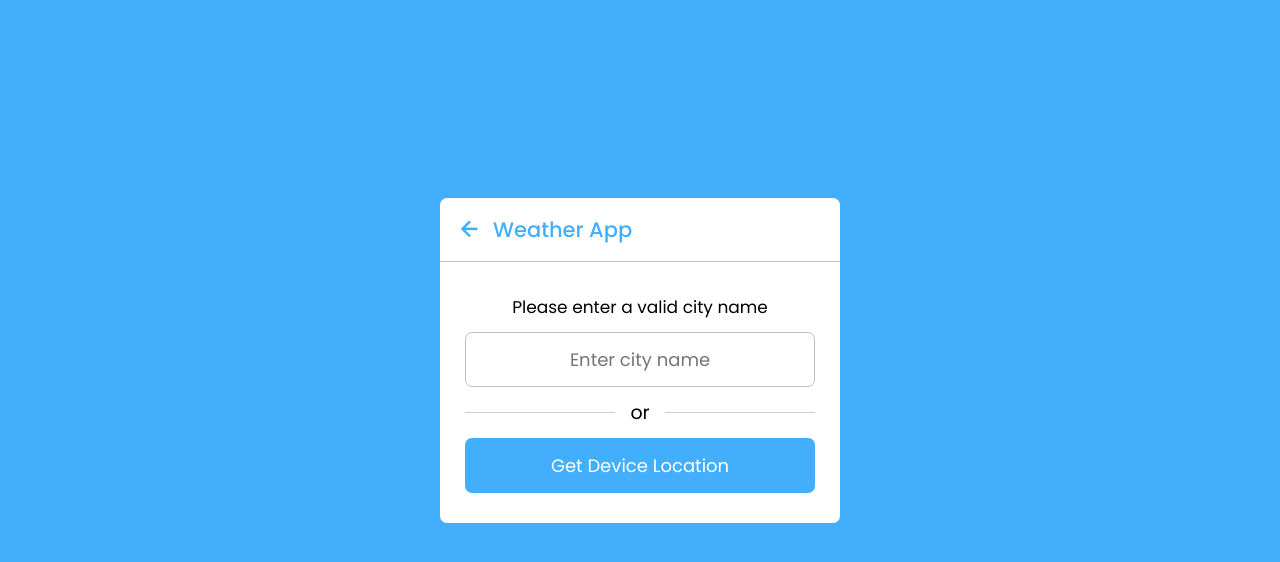
Repository: long13820/Weather-App-HTML-CSS-Javascript
Page: index.html
These files come from the project's save history. The page is drawn as it stood at one moment and after a run of saves; the edit follows.
The browser window is 1280 px wide. The pictures show the whole page.

Above is the page before, as saved 2021-09-02 01:11:04.

### index.html
<!DOCTYPE html>
<html lang="en">
<head>
    <meta charset="UTF-8">
    <meta http-equiv="X-UA-Compatible" content="IE=edge">
    <meta name="viewport" content="width=device-width, initial-scale=1.0">
    <title>Weather App</title>
    <link rel="stylesheet" href="style.css">

    <!--Linking Boxicon For Icon-->
    <link rel="stylesheet" href='https://unpkg.com/boxicons@2.0.9/css/boxicons.min.css' >


</head>
<body>
    <div class="wrapper">
        <header>
            <i class="bx bx-left-arrow-alt"></i>
            Weather App
        </header>
        <section class="input-part">
            <p class="info-txt">Please enter a valid city name</p>
            <input type="text" placeholder="Enter city name" spellcheck="false">
            <div class="separator"></div>
            <button>Get Device Location</button>
        </section>
    </div>
</body>
</html>

### style.css
/*Import Google Font - Poppins*/
@import url('https://fonts.googleapis.com/css2?family=Poppins:wght@400;500;600;700&display=swap');
*{
    margin: 0;
    padding: 0;
    box-sizing: border-box;
    font-family: 'Poppins', sans-serif;
}
body{
    display: flex;
    align-items: center;
    justify-content: center;
    min-height: 100vh;
    background: #43AFFC;
}
.wrapper{
    width: 400px;
    border-radius: 7px;
    background: white;
}
.wrapper header{
    color: #43AFFC;
    font-size: 21px;
    font-weight: 500;
    padding: 16px 15px;
    display: flex;
    align-items: center;
    border-bottom: 1px solid #bfbfbf;

}
header i{
    cursor: pointer;
    font-size: 30px;
    margin-right: 8px;
}
.wrapper .input-part{
    margin: 20px 25px 30px;
}
.input-part .info-txt{
    font-size: 17px;
    text-align: center;
    padding: 12px 7px;
    border-radius: 7px;
}

.input-part :where(input, button){
    width: 100%;
    height: 55px;
    border: none;
    outline: none;
    font-size: 18px;
    border-radius: 7px;
}
.input-part input{
    text-align: center;
    border: 1px solid #bfbfbf;
}
.input-part .separator{
    height: 1px;
    width: 100%;
    margin: 25px 0px;
    background: #ccc;
    display: flex;
    align-items: center;
    justify-content: center;
}
.separator::before{
    content: "or";
    background-color: white;
    font-size: 19px;
    padding: 0px 15px;
    background: #fff;
}
.input-part button{
    color: white;
    cursor: pointer;
    background: #43AFFC;
}

After the next 4 saves:
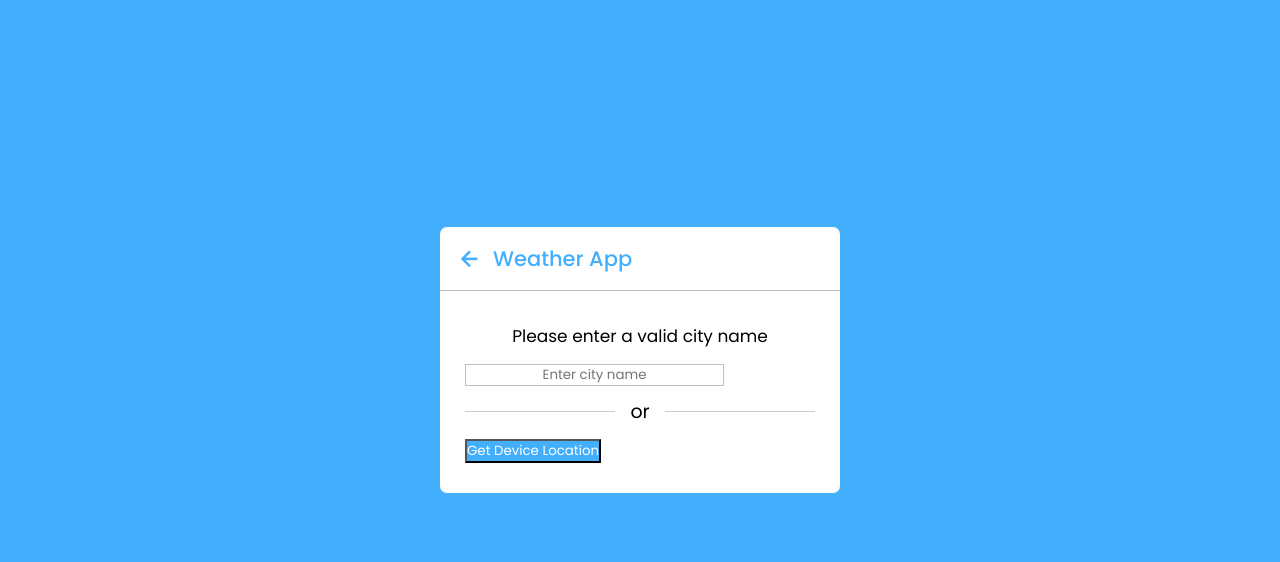
The 4 saves are shown as one change because they came seconds apart.
The last was saved 11 s later.
--- a/style.css
+++ b/style.css
@@ -42,7 +42,7 @@
     padding: 12px 7px;
     border-radius: 7px;
 }
-
+.info-txt
 .input-part :where(input, button){
     width: 100%;
     height: 55px;

After the 3 saves that followed:
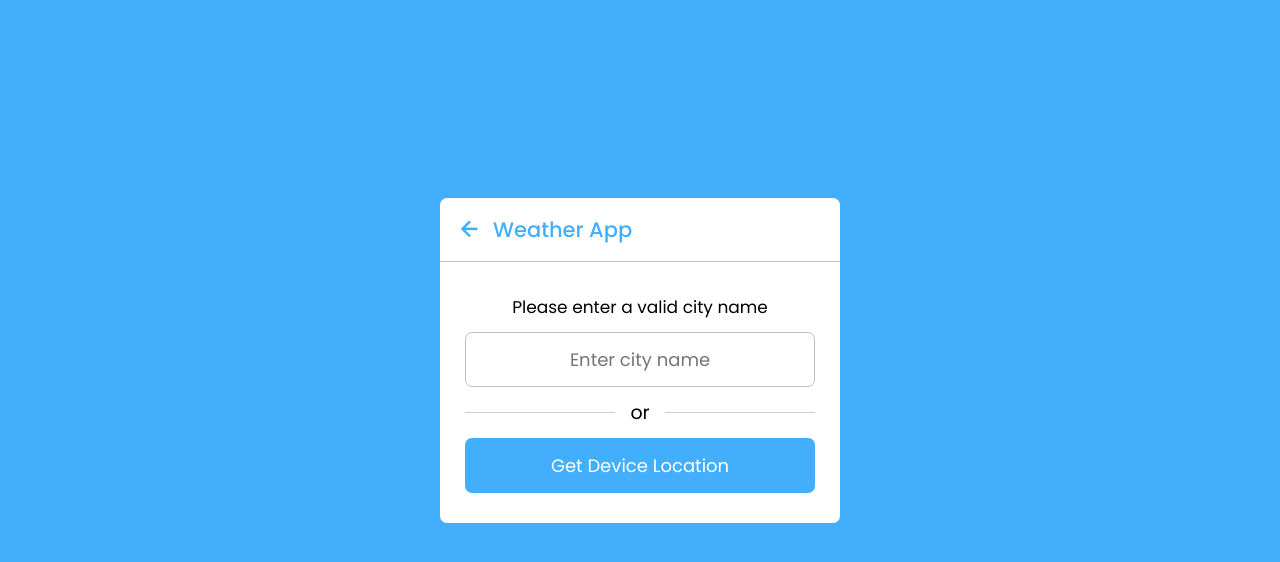
The 3 saves are shown as one change because 1 left the picture as it was and some came seconds apart.
The last was saved 32 s later.
--- a/style.css
+++ b/style.css
@@ -42,7 +42,9 @@
     padding: 12px 7px;
     border-radius: 7px;
 }
-.info-txt
+.info-txt.error{
+
+}
 .input-part :where(input, button){
     width: 100%;
     height: 55px;
